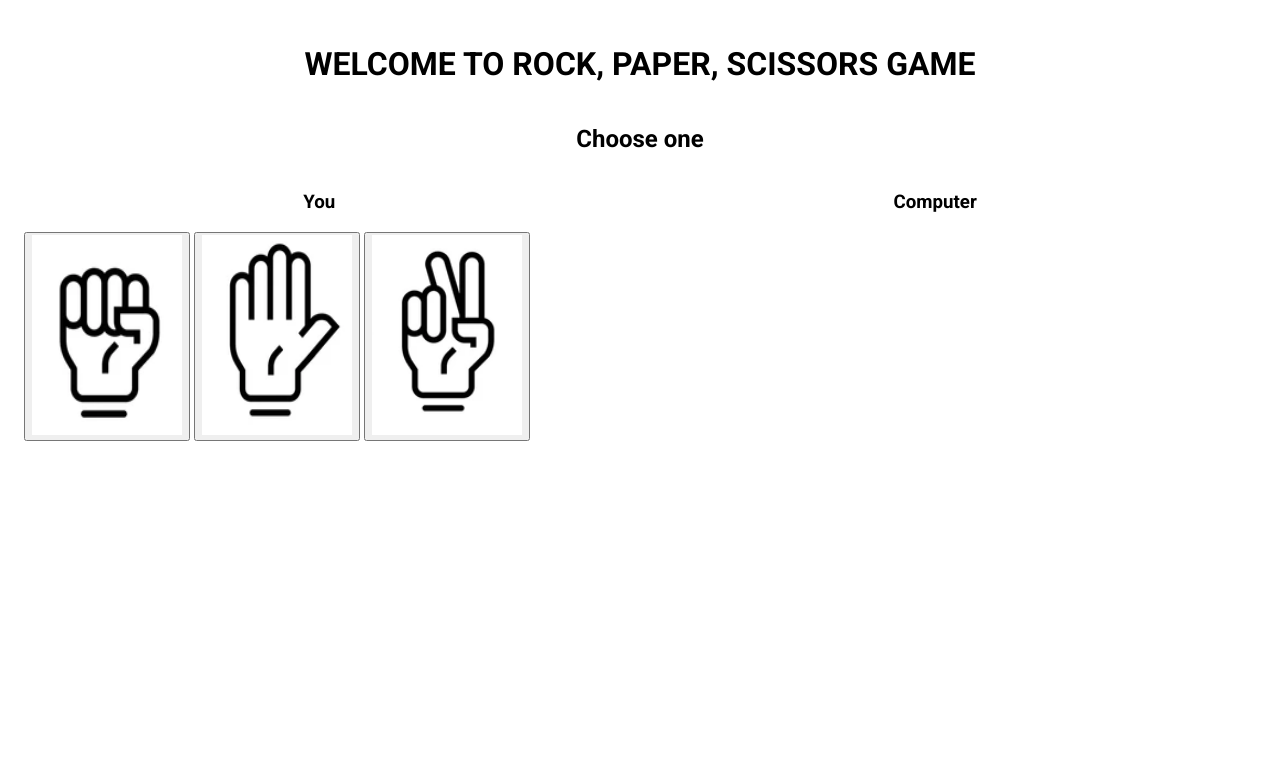
Repository: xhide341/rock_paper_scissor
Page: index.html
An editor plug-in stored every save of this project. The page is shown before and after the next save, followed by the edit.
The browser window is 1280 px wide. The pictures show the whole page.

Above is the page before, as saved 2024-06-21 19:15:22.

After the next save:
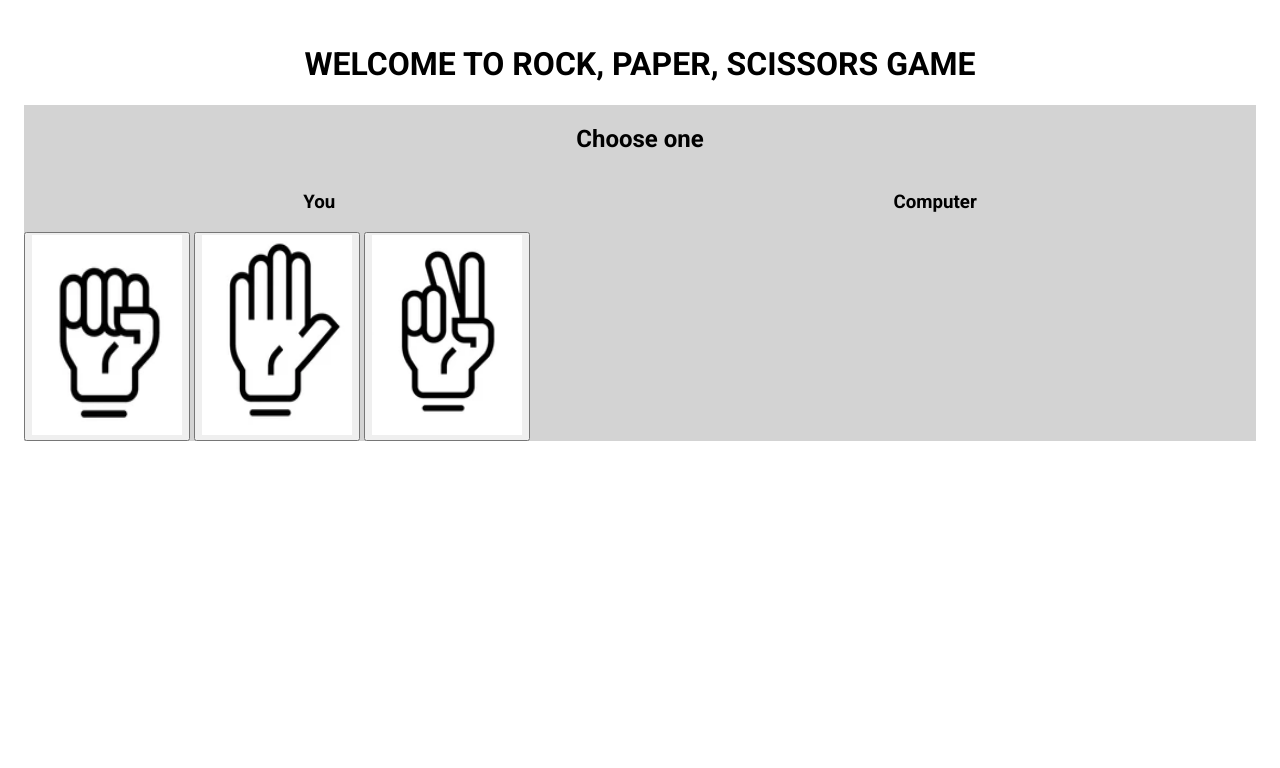
Saved 75 s later.
--- a/style.css
+++ b/style.css
@@ -21,6 +21,7 @@
     display: flex;
     justify-content: space-between;
     flex-direction: column;
+    background: lightgray;
 }
 
 h2 {
